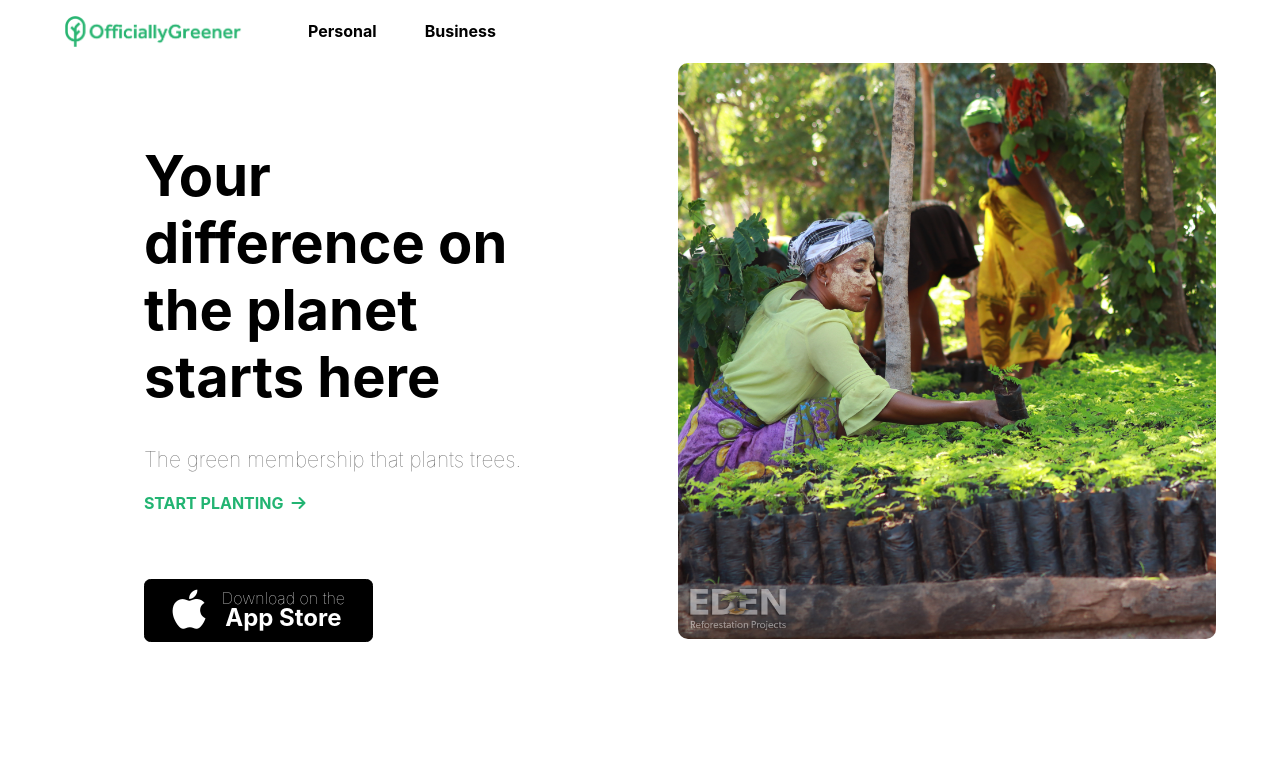
Repository: Sinkycode/Officially-Greener-v2
Page: index.html
An editor plug-in stored every save of this project. The page is shown before and after the next save, followed by the edit.
The browser window is 1280 px wide. The pictures show the whole page.
Some web libraries are served in a nearby version.

Above is the page before, as saved 2023-03-08 16:06:04.

### index.html
<!DOCTYPE html>
<html lang="en">
<head>
  <meta charset="UTF-8">
  <meta http-equiv="X-UA-Compatible" content="IE=edge">
  <meta name="viewport" content="width=device-width, initial-scale=1.0">
  <link rel="stylesheet" href="https://cdnjs.cloudflare.com/ajax/libs/font-awesome/6.3.0/css/all.min.css" integrity="sha512-SzlrxWUlpfuzQ+pcUCosxcglQRNAq/DZjVsC0lE40xsADsfeQoEypE+enwcOiGjk/bSuGGKHEyjSoQ1zVisanQ==" crossorigin="anonymous" referrerpolicy="no-referrer" />

  <link rel="stylesheet" href="style.css">
  <title>Officially Greener</title>
</head>
<body>
  <header>
    <div class="mobile">
      <img src="Logo/Officially Greener Transparent background.png" alt="" class="primary-logo logo">
      <i class="fa-sharp fa-solid fa-bars"></i>
    </div>

    <div class="desktop">
      <img src="Logo/Officially Greener Transparent background.png" alt="" class="primary-logo logo">
      <ul class="primary-nav">
        <li><a href="http://">Personal</a></li>
        <li><a href="http://">Business</a></li>
      </ul>
    </div>

  </header>

  <section id="landing-page">
   <div class="container">
    <div class="landing-page__image">
      <img src="Images/Magagascar.jpg" alt="">
    </div>
    <div class="landing-page__context">
     <div class="texts">
      <h1 class="big-txt">Your difference on the planet starts here</h1>
      <p class="gray-para">The green membership that plants trees.</p>
      <a href="#" class="simple-link">Start planting<i class="fa-sharp fa-solid fa-arrow-right"></i></a>
     </div>
     <button class="apple-btn">
      <i class="fa-brands fa-apple"></i>
      <div class="wrap">
        <p>Download on the</p>
        <h1>App Store</h1>
      </div>
     </button>
    </div>
   </div>
  </section>
  <section id="note"></section>
  <section id="personal"></section>
</body>
</html>

### style.css
:root {
  --neutral-100: hsl(0, 0%, 100%);
  --neutral-200: hsl(0, 0%, 80%);
  --neutral-400: hsl(0, 0%, 40%);
  --neutral-600: hsl(0, 0%, 20%);
  --neutral-800: hsl(0, 0%, 0%);

  --accent: hsl(153, 68%, 42%);

  --txt-size-200: .8rem;
  --txt-size-400: 1rem;
  --txt-size-500: 2rem;
  --txt-size-600: 3rem;
  --txt-size-800: 3.5rem;

  --box-radius: .4rem;

  --gray-para: var(--neutral-400);

}

*, *::after, *::before {
  box-sizing: border-box;
  margin: 0;
  padding: 0;
}

html, body {
  font-family: -apple-system, BlinkMacSystemFont, Segoe UI, Roboto, Oxygen, Ubuntu, Cantarell, Fira Sans, Droid Sans, Helvetica Neue, sans-serif;
  scroll-behavior: smooth;
  overflow-x: hidden;
}

body {
  line-height: 1.5;
  font-size: 16px;
}

/* CUSTOMIZATION */
img {
  max-width: 100%;
  display: block;
}

button, input {
  outline: none;
  border: none;
  /* background: transparent; */
  font-family: inherit;
  font-size: inherit;
  color: inherit;
}

ul, p {
  margin: 0;
  list-style: none;
  font-weight: 2

}

a {
  text-decoration: none;
  color: inherit;
  font-weight: bold;
}

h1,h2,h3 {
  margin: 0;
}

.container {
  max-width: 90%;
  margin: 0 auto;
}

.logo {
  width: clamp(180px, 1rem + 10vw, 300px);
}

.mobile {
  display: none;
}

.desktop {
  display: flex;
  align-items: center;
  gap: 4rem;
  padding-block: 1rem;
  padding-inline-start: 4rem;
  width: 50%;
}

.primary-nav {
  display: flex;
  gap: 3rem;
}

.big-txt {
  font-size: var(--txt-size-800);
}

.gray-para {
  color: var(--gray-para);
}

/* ========= landign page ========= */
#landing-page {
  /* border: 3px solid black; */
  height: 100vh;
}

#landing-page .container {
  display: flex;
  gap: 1rem;
  height: 100%;
  /* border: 1px solid red; */
}

@media (max-width: 1000px) {
  #landing-page .container {
    display: block;
  }
}

@media (min-width: 768px) {
  .landing-page__context {
    order: 1;
    margin-left: 5rem;
    margin-top: 5rem;
  }

  .landing-page__image {
    order: 2;
  }
}

.landing-page__context {
  max-width: 45%;
  /* border: 1px solid red; */
}

.landing-page__context .big-txt {
  /* border: 1px solid red; */
  max-width: 80%;
  line-height: 1.2;
  margin-bottom: 2rem;
}

.landing-page__context .gray-para {
  margin-block: 1rem;
  font-size: 1.3rem;
}

.landing-page__context .simple-link {
  color: var(--accent);
  text-transform: uppercase;
  display: flex;
  align-items: center;
  gap: .5rem;
  margin-bottom: 4rem;
}

.fa-apple {
  font-size: 2.8rem;
}

.apple-btn {
  color: var(--neutral-100);
  background-color: rgb(0, 0, 0);
  border: 1px solid black;
  padding: .5rem 1.7rem;
  display: flex;
  align-items: center;
  gap: 1rem;
  border-radius: var(--box-radius);
}

button .wrap {
  /* border: 1px solid red; */
  line-height:1;
}

button .wrap h1{
  font-size: 1.5rem;
}

.landing-page__image {
  width: 55%;
  height: 80%;
  border-radius: 10px;
  overflow: hidden;
}

.landing-page__image img {
  height: 100%;
  object-fit: cover;
  object-position: left;
}

After the next save:
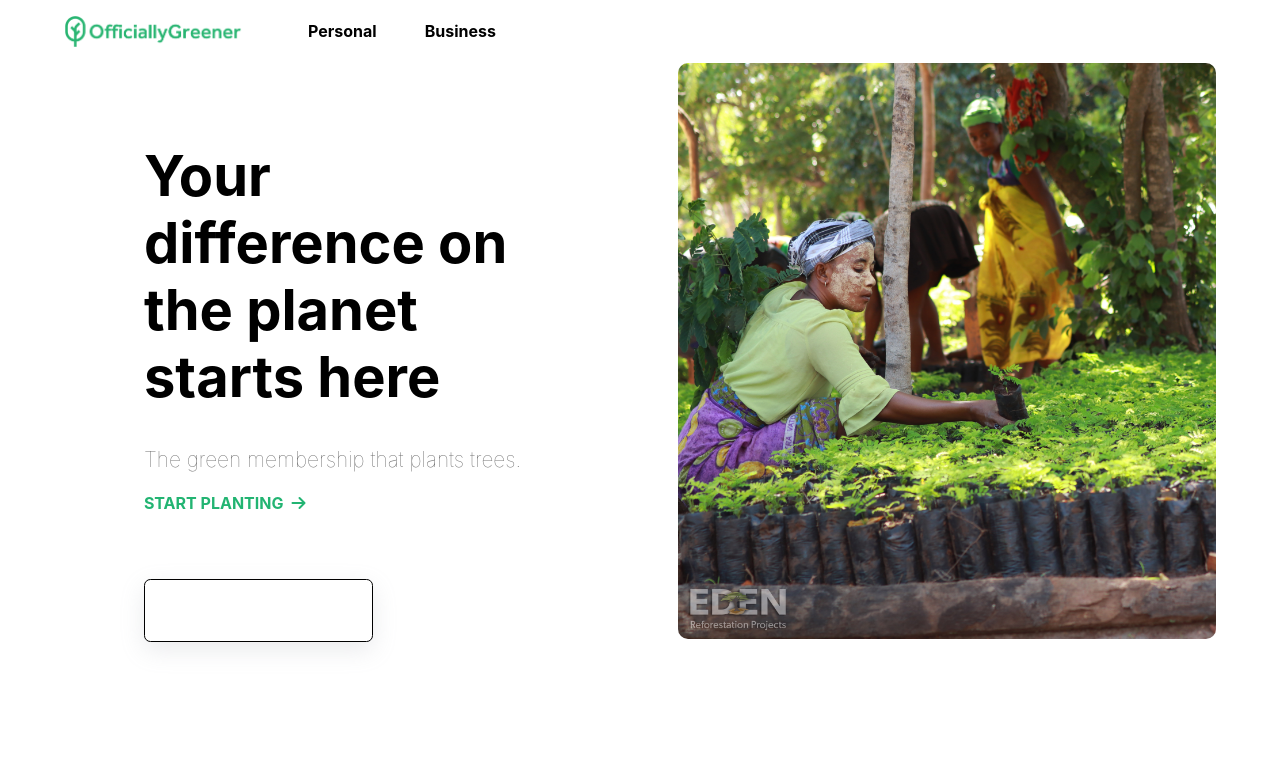
Saved 13 min 26 s later.
--- a/style.css
+++ b/style.css
@@ -166,13 +166,14 @@
 
 .apple-btn {
   color: var(--neutral-100);
-  background-color: rgb(0, 0, 0);
+  background-color: rgb(255, 255, 255);
   border: 1px solid black;
   padding: .5rem 1.7rem;
   display: flex;
   align-items: center;
   gap: 1rem;
   border-radius: var(--box-radius);
+  box-shadow: rgba(149, 157, 165, 0.2) 0px 8px 24px;
 }
 
 button .wrap {
